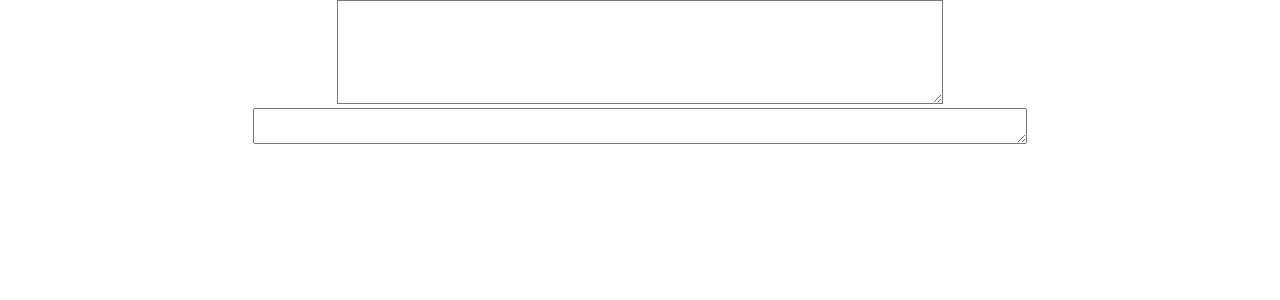
Repository: TeamCosine/Front
Page: /Write
An editor plug-in stored every save of this project. The page is shown before and after the next save, followed by the edit.
The browser window is 1280 px wide. The pictures show the whole page.
The project was rebuilt for these pictures with package versions that can differ from the ones it lists, and the page was loaded fresh each time. Also part of the build but not shown: src/components/home/Card.js, src/pages/Home.js, src/pages/Profile.js, src/pages/Login.js, src/components/MyInfo/Card.js, src/pages/MyInfo.js, src/components/common/Title.js, src/pages/Qna.js and 1 more.

Above is the page before, as saved 2023-07-15 22:19:45.

### src/App.js
import React from 'react';
import './App.css';

import {BrowserRouter, Routes, Route} from 'react-router-dom';
import Home from './pages/Home';
import Profile from './pages/Profile';
import Login from './pages/Login';
import MyInfo from './pages/MyInfo';
import Write from './pages/Write';
import Qna from './pages/Qna';
import Invite from './pages/Invite';

function App() {
  return (
    <BrowserRouter>
    <div className="App">
      <Routes>
        <Route path = "/" element={<Login/>}/>
        <Route path = "/profile" element={<Profile/>}/>
        <Route path = "/myinfo" element = {<MyInfo/>} />
        <Route path = "/Write" element = {<Write/>} />
        <Route path = "/Qna" element={<Qna/>}/>
        <Route path = "/home" element = {< Home/>}/>
        <Route path = "/invite" element={<Invite/>}/>

      </Routes>
    </div>
    </BrowserRouter>
  );
}

export default App;

### src/pages/Write.js
import React from "react";
import styled from 'styled-components';

const Titleinput = styled.textarea`
   overflow: hidden;
   width : 600px;
   min-height : 45px;
   background-color : white;
   color : #006fff;
   font-size: 43px;

`;
const Textinput = styled.textarea`
   width : 60%;
   min-height : 60%;
`;

const Write =() =>{
    return (
        <>
          <Titleinput />
          <Textinput />

        </>
    )
}

export default Write;

Loaded but not shown: public/index.html (common file); src/index.js (common file); src/index.css (common file); src/reportWebVitals.js (common file); src/App.css (common file)

After the next save:
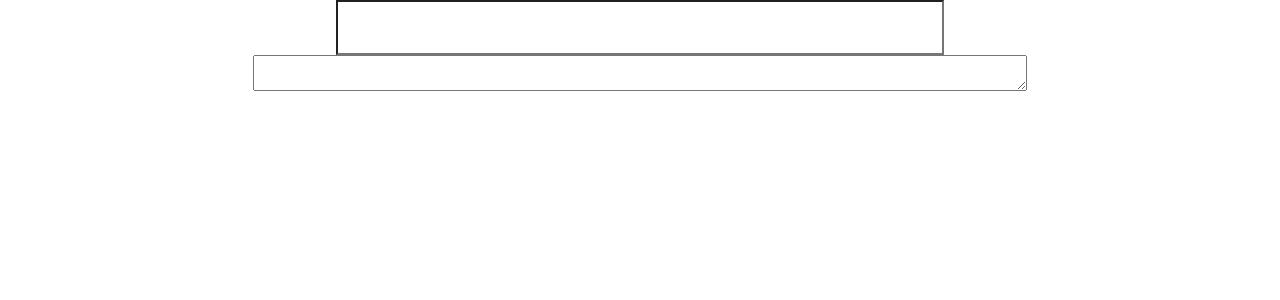
Saved 7 min 30 s later.
--- a/src/pages/Write.js
+++ b/src/pages/Write.js
@@ -1,7 +1,7 @@
 import React from "react";
 import styled from 'styled-components';
 
-const Titleinput = styled.textarea`
+const Titleinput = styled.input`
    overflow: hidden;
    width : 600px;
    min-height : 45px;
